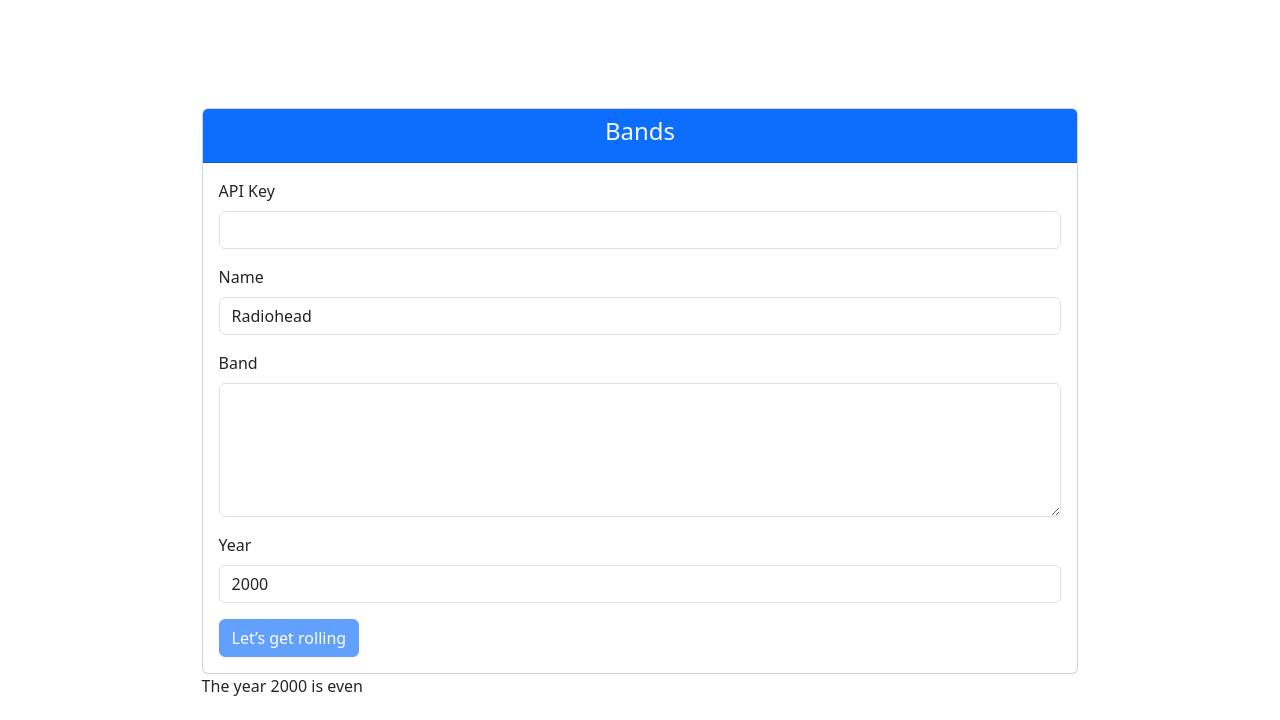
Repository: trider/teza-ai-app
Page: / (app in ng-teza-ai-app/)
An editor plug-in stored every save of this project. The page is shown before and after the next save, followed by the edit.
The browser window is 1280 px wide. The pictures show the whole page.
The project was rebuilt for these pictures with package versions that can differ from the ones it lists, and the page was loaded fresh each time. Also part of the build but not shown: ng-teza-ai-app/angular.json.

Above is the page before, as saved 2025-01-21 08:53:31.

### ng-teza-ai-app/src/index.html
<!doctype html>
<html lang="en">
<head>
  <meta charset="utf-8">
  <title>TezaAiApp</title>
  <base href="/">
  <meta name="viewport" content="width=device-width, initial-scale=1">
  <link rel="icon" type="image/x-icon" href="favicon.ico">
</head>
<body>
  <app-root></app-root>
</body>
</html>

### ng-teza-ai-app/src/app/app.component.ts
import { Component } from '@angular/core';
import { RouterOutlet } from '@angular/router';

@Component({
  selector: 'app-root',
  standalone: true,
  imports: [RouterOutlet],
  templateUrl: './app.component.html',
  styleUrl: './app.component.scss'
})
export class AppComponent {
  title = 'teza-ai-app';
}

### ng-teza-ai-app/src/app/band-lookup/band-lookup.component.ts
import { Component, OnInit } from '@angular/core';
import { FormGroup, FormControl, ReactiveFormsModule } from '@angular/forms';
import { NgbModal, ModalDismissReasons, NgbActiveModal } from '@ng-bootstrap/ng-bootstrap';
import { CommonModule, JsonPipe, DecimalPipe } from '@angular/common';
import { ActivatedRoute, Router } from '@angular/router';
import { HttpService } from '../services/http-service/http-service.service';
// import { GlobalVariables } from 'src/app/common/global-variables';
// import { Users } from '@app/common/data/users';
// import { HttpClientService } from '@app/services/http-service/http-service.service';

@Component({
  selector: 'app-band-lookup',
  standalone: true,
  imports: [
    CommonModule,
    ReactiveFormsModule,
  ],
  providers:[HttpService],
  templateUrl: './band-lookup.component.html',
  styleUrl: './band-lookup.component.scss'
})
export class BandLookupComponent  implements OnInit {
  isDisabled=false
  years:number[]=[1,2,3,4,5]
  stats:string = ''
  completion:any=null
  image:string=''
  qryText:string=''
  theYear:string=''
  bandForm = new FormGroup({
    apiKey: new FormControl(''),
    name: new FormControl('Radiohead'),
    band: new FormControl('Your favorite music band + a few words explaining why you chose them.'),
    year: new FormControl('2000')
  });





  constructor(
    private httpService:HttpService

  ) {
    this.generateYears();
    this.checkOddOrEven()
  }



  generateYears(): void {
    const startYear = 1965;
    const endYear = 2025;
    for (let year = startYear; year <= endYear; year++) {
      this.years.push(year);
    }
  }

  ngOnInit(): void {
    this.qryText = localStorage.getItem('qryTxt')?.toString() || ''
    if(this.qryText !==null){
      this.bandForm.patchValue({
        band:this.qryText
      })
    }
  }

  checkKey(){
    let payloadData = this.bandForm.value
    const keyVal = payloadData.apiKey
    this.isDisabled = false
    if(keyVal!==null && keyVal!== undefined && keyVal.length > 10)this.isDisabled = true
  }

  checkOddOrEven() {
    let payloadData = this.bandForm.value
    let val:any = payloadData.year?.toString()
    let num:number = parseInt(val)
    if (num % 2 === 0) {
      this.theYear = `The year ${val} is even`
    }
    else {
       this.theYear = `The year ${val} is Odd`
    }
  }

  onSubmit(){
   this.generateText()
   this.generateImage()
   this.generateStats()
}

generateText(){
  let payloadData = this.bandForm.value
  const apiKey:any = payloadData.apiKey
  this.qryText = `Provide two paragraphs of text describing what happened during the selected year for the chosen band ${payloadData.name } in year ${payloadData.year } and why I like them ${payloadData.band}`
  localStorage.setItem('qryTxt', this.qryText)
  this.httpService.postServiceData('https://api.openai.com/v1/chat/completions?', apiKey,
    {
      "model": "gpt-4o",
      "messages": [
          {"role": "user", "content":this.qryText }
      ],
  }).subscribe((data: any) => {
    this.completion = JSON.stringify(data.choices[0].message.content)

  })
}

generateImage(){
  let payloadData = this.bandForm.value
  const apiKey:any = payloadData.apiKey
  this.httpService.postServiceData('https://api.openai.com/v1/images/generations?',apiKey,{
    "model": "dall-e-3",
    "prompt": `"${payloadData.name} in ${payloadData.year?.toString()}"`,
    "n": 1,
    "size": "1024x1024"
  }

  ).subscribe((data: any) => {
    this.image = data.data[0].url
  })
}

  generateStats(){
    //
    let payloadData = this.bandForm.value
    const apiKey:any = payloadData.apiKey
    this.httpService.postServiceData('https://api.openai.com/v1/chat/completions?', apiKey,
      {
        "model": "gpt-4o",
        "messages": [
            {"role": "user", "content": `In the following quote tell me how many words start with a capital and how many are followed by a number: "${this.qryText}"`}
        ],
    }).subscribe((data: any) => {
      this.stats = JSON.stringify(data.choices[0].message.content)

    })

  }


}

### ng-teza-ai-app/src/app/band-lookup/band-lookup.component.html
<div class="container">

 <div class="mx-auto p-2" style="margin-top: 100px;width:80%">
   <div class="card">

     <div class="card-header bg-primary">
       <h4 class="text-light text-center">Bands</h4>
     </div>
     <div class="card-body">
       <form [formGroup]="bandForm" class="form" (ngSubmit)="onSubmit()">
        <div class="mb-3">
          <label class="form-label">API Key</label>
          <input class="form-control" formControlName="apiKey" (input)="checkKey()">
        </div>
         <div class="mb-3">
           <label class="form-label">Name</label>
           <input class="form-control" formControlName="name">
         </div>
         <div class="mb-3">
           <label class="form-label">Band</label>
           <textarea class="form-control" formControlName="band" rows="5">

           </textarea>
         </div>
         <div class="mb-3">
          <label class="form-label">Year</label>
          <select class="form-control" formControlName="year" (input)="checkOddOrEven()">
           <option *ngFor="let year of years; let i = index" [value]="year">
             {{ year }}
           </option>
         </select>

         </div>
         <button type="submit" class="btn btn-primary" [disabled]="!isDisabled">Let’s get rolling</button>
      </form>

     </div>


   </div>
   <div *ngIf="completion">{{completion}}</div>
   <div *ngIf="image">
    <img src="{{image}}"/>
  </div>
  <div *ngIf="stats">{{stats}}</div>
  <div *ngIf="theYear">{{theYear}}</div>
 </div>
</div>

### ng-teza-ai-app/src/app/services/http-service/http-service.service.ts
import { Injectable } from '@angular/core';
import { HttpClient, HttpHeaders } from '@angular/common/http';
// import { Optional, Inject } from '@angular/core';



import { Observable } from 'rxjs';
// import { ServicesModuleConfig } from '../services.module';

@Injectable({ providedIn: 'root' })
export class HttpService {


  httpOptions = {
    headers: new HttpHeaders({
       accept: 'application/json',

      })

  };



  constructor(
    private http: HttpClient,

    ) {

     }


  public getServiceData(url: any): Observable<any> {
    return this.http.get<any>(url);
  }

  public postServiceData(url: string, apiKey:string, payload:any): Observable<any> {
    this.httpOptions  = {
      headers: new HttpHeaders({
         accept: 'application/json',
         Authorization:`Bearer ${apiKey}  `

        })

    };
    return this.http.post<any>(url, payload, this.httpOptions);
  }





}

Loaded but not shown: ng-teza-ai-app/src/styles.scss (common file); ng-teza-ai-app/src/main.ts (common file); ng-teza-ai-app/src/app/app.config.ts (common file); ng-teza-ai-app/src/app/app.routes.ts (common file); ng-teza-ai-app/src/app/app.component.html (common file); ng-teza-ai-app/src/app/app.component.scss (no stored copy; drawn as an empty file); ng-teza-ai-app/src/app/band-lookup/band-lookup.component.scss (no stored copy; drawn as an empty file)

After the next save:
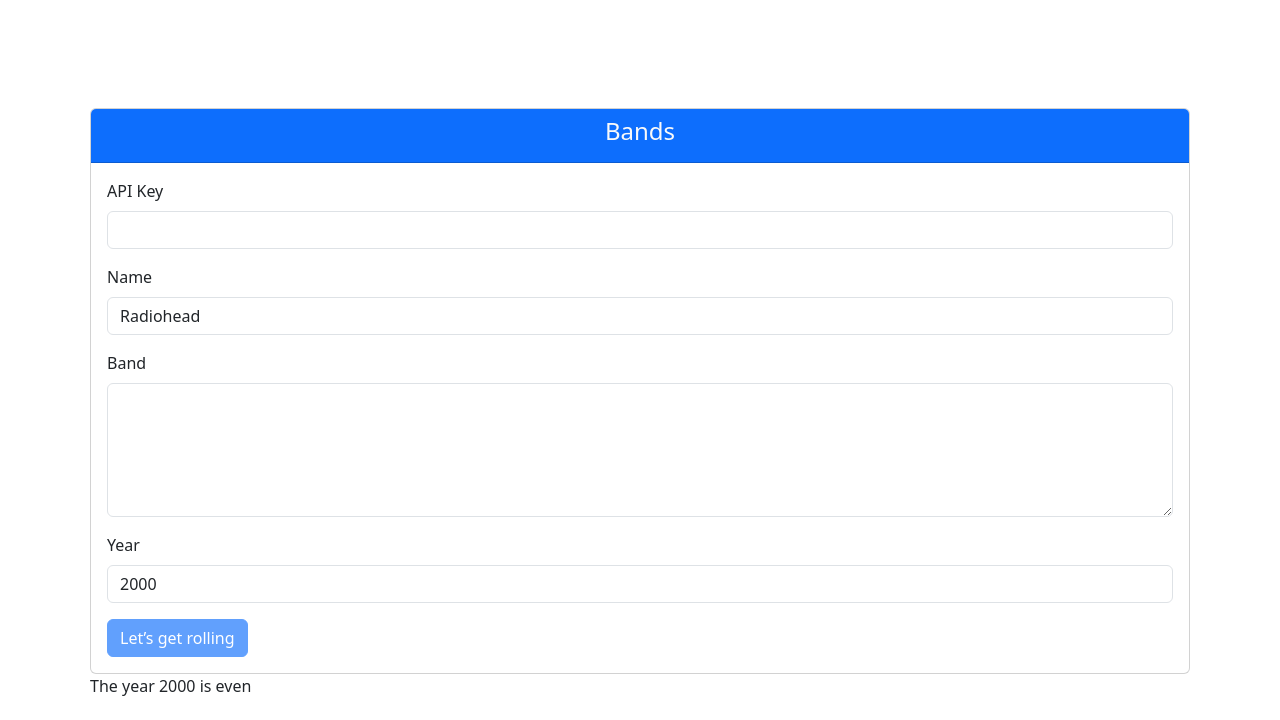
Saved 89 s later.
--- a/ng-teza-ai-app/src/app/band-lookup/band-lookup.component.html
+++ b/ng-teza-ai-app/src/app/band-lookup/band-lookup.component.html
@@ -1,6 +1,6 @@
 <div class="container">
 
- <div class="mx-auto p-2" style="margin-top: 100px;width:80%">
+ <div class="mx-auto p-2" style="margin-top: 100px">
    <div class="card">
 
      <div class="card-header bg-primary">
